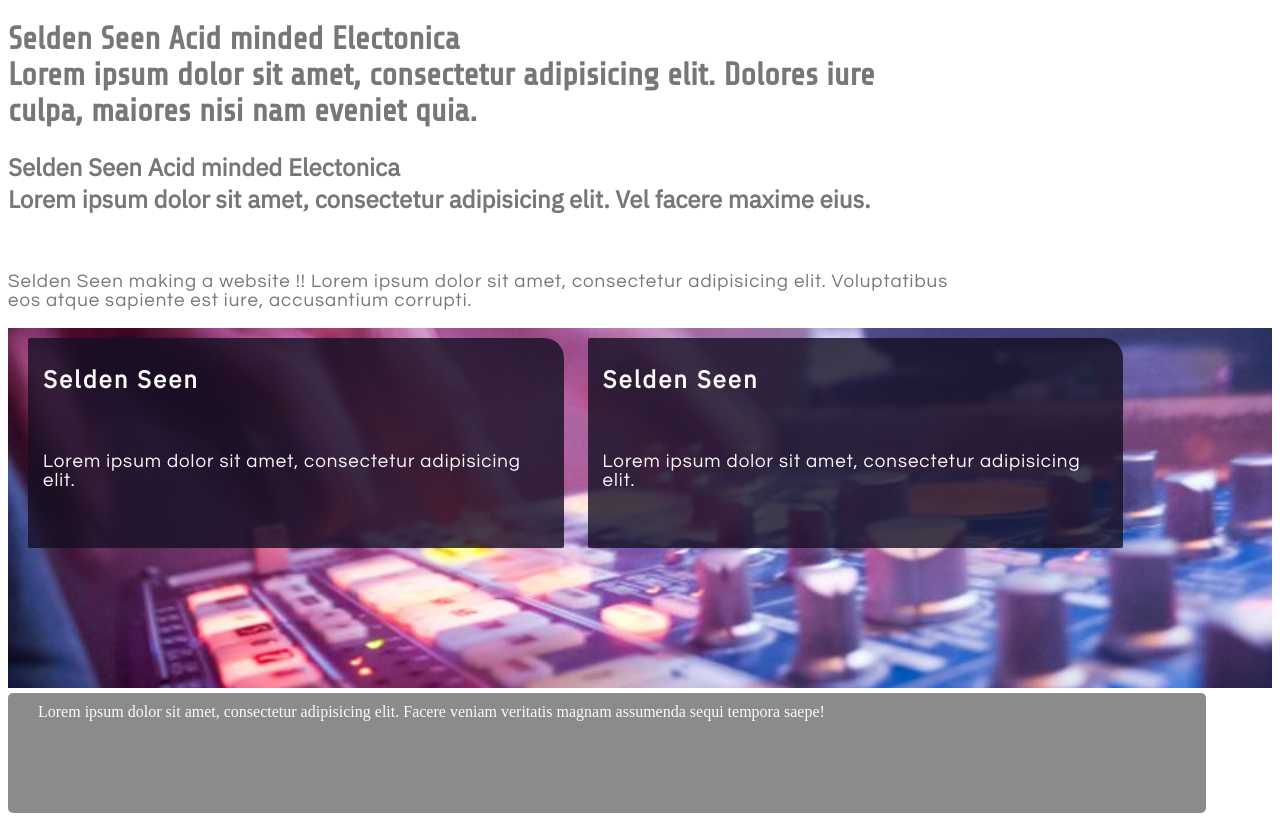
Repository: josvelema/milestone
Page: index.html
The author's editor kept a record of every edit. The page is drawn from the files as they stood at one moment, then again after the next edit.
The browser window is 1280 px wide. The pictures show the whole page.
Backgrounds fixed to the window are drawn as part of the page.

Above is the page before.

### index.html
<!DOCTYPE html>
<html lang="en">

<head>
    <meta charset="UTF-8">
    <meta name="viewport" content="width=device-width, initial-scale=1.0">
    <meta http-equiv="X-UA-Compatible" content="ie=edge">
    <link href="https://fonts.googleapis.com/css?family=IBM+Plex+Sans|Questrial|Share+Tech&display=swap" rel="stylesheet">
    <link href="CSS/style.css" rel="stylesheet" type="text/css">
    <title>Selden Seen</title>
</head>

<body>
    <header class="head">
        <h1> Selden Seen Acid minded Electonica<br> Lorem ipsum dolor sit amet, consectetur adipisicing elit. Dolores iure culpa, maiores nisi nam eveniet quia.
        </h1>
        <h2> Selden Seen Acid minded Electonica
            <br> Lorem ipsum dolor sit amet, consectetur adipisicing elit. Vel facere maxime eius.</h2>
        <br>
        <h3>Selden Seen making a website !! Lorem ipsum dolor sit amet, consectetur adipisicing elit. Voluptatibus eos atque sapiente est iure, accusantium corrupti.</h3>
    </header>
    <section>
        <div class="hero-image">
            <aside>
            <span class="callout">
                <h2>Selden Seen</h2>
                <br>
                <h3>Lorem ipsum dolor sit amet, consectetur adipisicing elit.</h3>
            </span>
            <span class="callout">
                <h2>Selden Seen</h2>
                <br>
                <h3>Lorem ipsum dolor sit amet, consectetur adipisicing elit.</h3>
            </span>
            </aside>
        </div>
    </section>
    <br>
    <footer>
    <div class="foot">Lorem ipsum dolor sit amet, consectetur adipisicing elit. Facere veniam veritatis magnam assumenda sequi tempora saepe!</div>
    </footer>
</body>

</html>

### CSS/style.css
@import url('https://fonts.googleapis.com/css?family=IBM+Plex+Sans|Questrial|Share+Tech&display=swap');

h1 {
    font-family: 'Share Tech', sans-serif;
}


h3 {
    font-family: 'Questrial', sans-serif;
    font-weight:300;
    letter-spacing: 1px;
}

h2 {
    font-family: 'IBM Plex Sans', sans-serif;
}
.head {
    background-color:transparent;
    width:75%;
    color: #777777;
}
.hero-image{
    background: url("../img/emxheroimage.jpg")no-repeat center center fixed;
    background-position: relative;
    background-repeat: no-repeat;
    background-size: cover;
    min-height: 360px;
    transition: all 5s ease-in-out;
    -moz-transition: all .5s ease-in-out;
    -webkit-transition: all .5s ease-in-out;
    background-color: rgba(0,0,0,0.5);
     width:100%;
      float: left;

    }



.callout {
        font-family: 'Share Tech', sans-serif;
        color: #fafafa;
        letter-spacing: 2px;
        font-weight:300;
        width:40%;
        height:200px;
        margin-top: 10px;
        margin-left:20px;
        margin-bottom: 40px;
        padding:5px 15px 5px 15px;
        background-color: rgba(20,15,35,0.8);
        border-top-right-radius: 20px;
        border-top-left-radius: 2px;
        border-bottom-left-radius: 2px;
        border-bottom-right-radius: 2px;
        display: inline-block;
}

.foot {
    width: 90%;
    height: 100px;
    background-color: rgba(25,25,25,0.5);
    color: #fafafa;
    border-radius: 5px 5px;
    border-color: #777777;
    position: relative;
    float: left;
    margin:5px auto;
    padding: 10px 30px 10px 30px;

}

After the next edit:
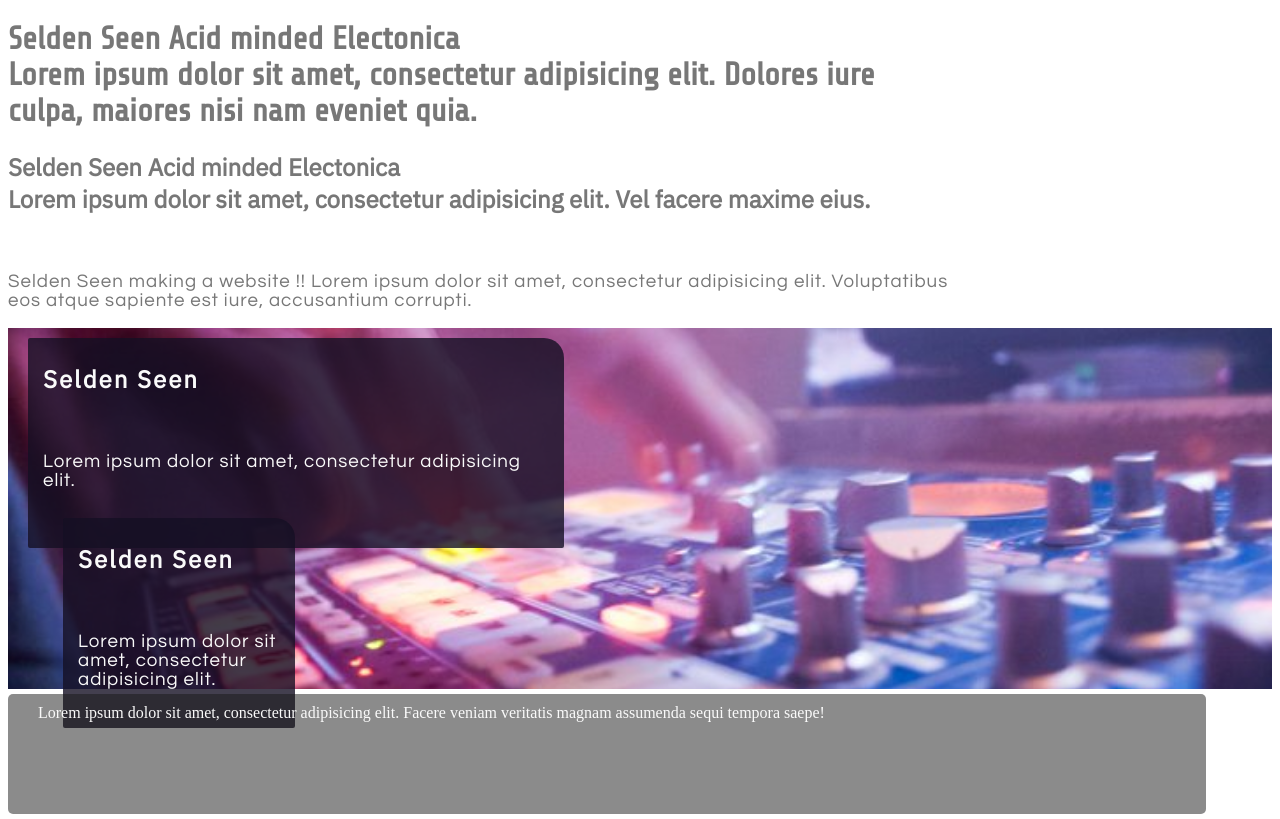
The edit:
--- a/index.html
+++ b/index.html
@@ -22,7 +22,7 @@
     <section>
         <div class="hero-image">
             <aside>
-            <span class="callout">
+            <div class="callout">
                 <h2>Selden Seen</h2>
                 <br>
                 <h3>Lorem ipsum dolor sit amet, consectetur adipisicing elit.</h3>

After the edit that followed:
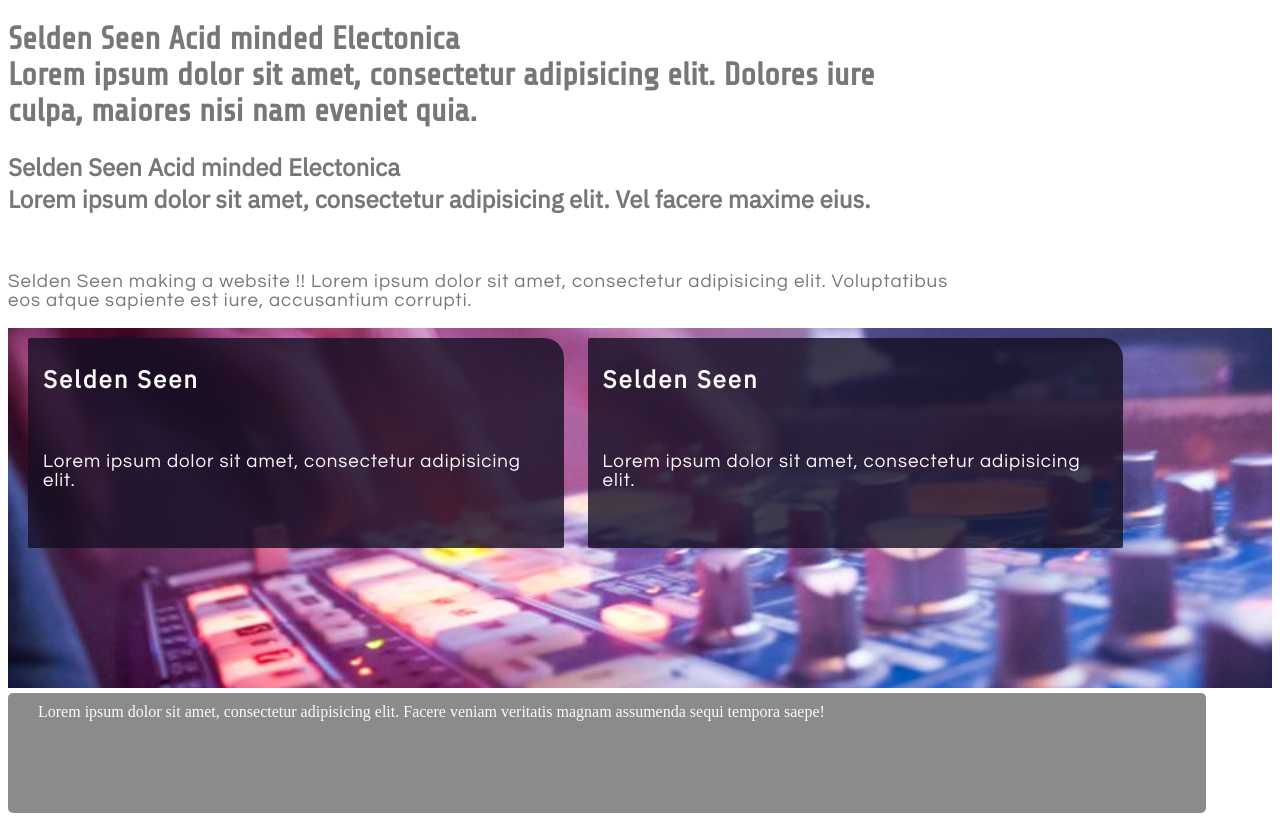
The edit:
--- a/index.html
+++ b/index.html
@@ -26,12 +26,13 @@
                 <h2>Selden Seen</h2>
                 <br>
                 <h3>Lorem ipsum dolor sit amet, consectetur adipisicing elit.</h3>
-            </span>
-            <span class="callout">
+            </div>
+            <div class="callout">
                 <h2>Selden Seen</h2>
                 <br>
                 <h3>Lorem ipsum dolor sit amet, consectetur adipisicing elit.</h3>
-            </span>
+            </div>
+
             </aside>
         </div>
     </section>
